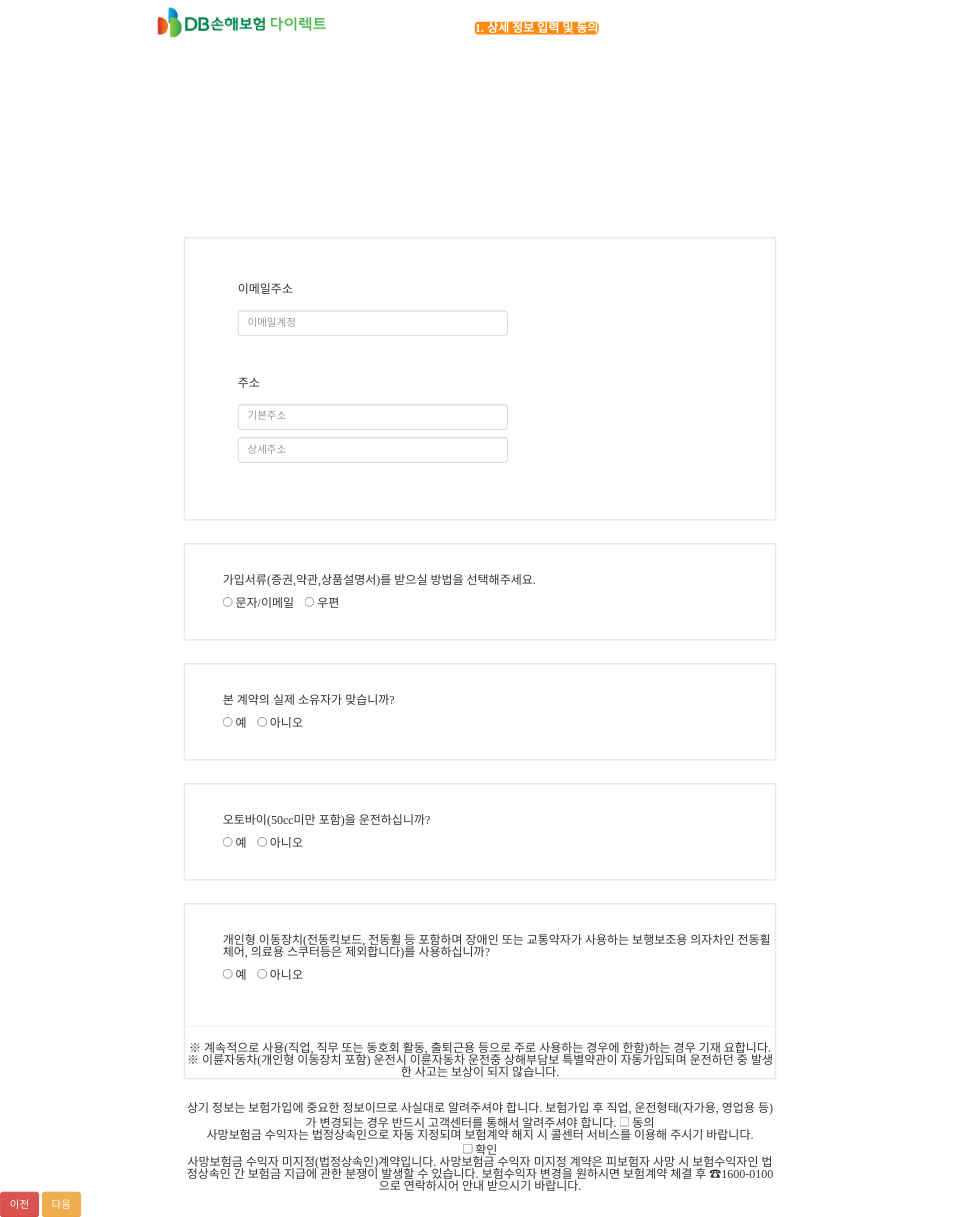
Repository: minho0324/directInsurance
Page: http://localhost/directClone/direct/details1
These files come from the project's save history. The page is drawn as it stood at one moment and after the next save; the edit follows.
The browser window is 1280 px wide. The pictures show the whole page, at 75% of full size.
The page is served by Tomcat 9.

Above is the page before, as saved 2021-11-18 06:08:54.

After the next save:
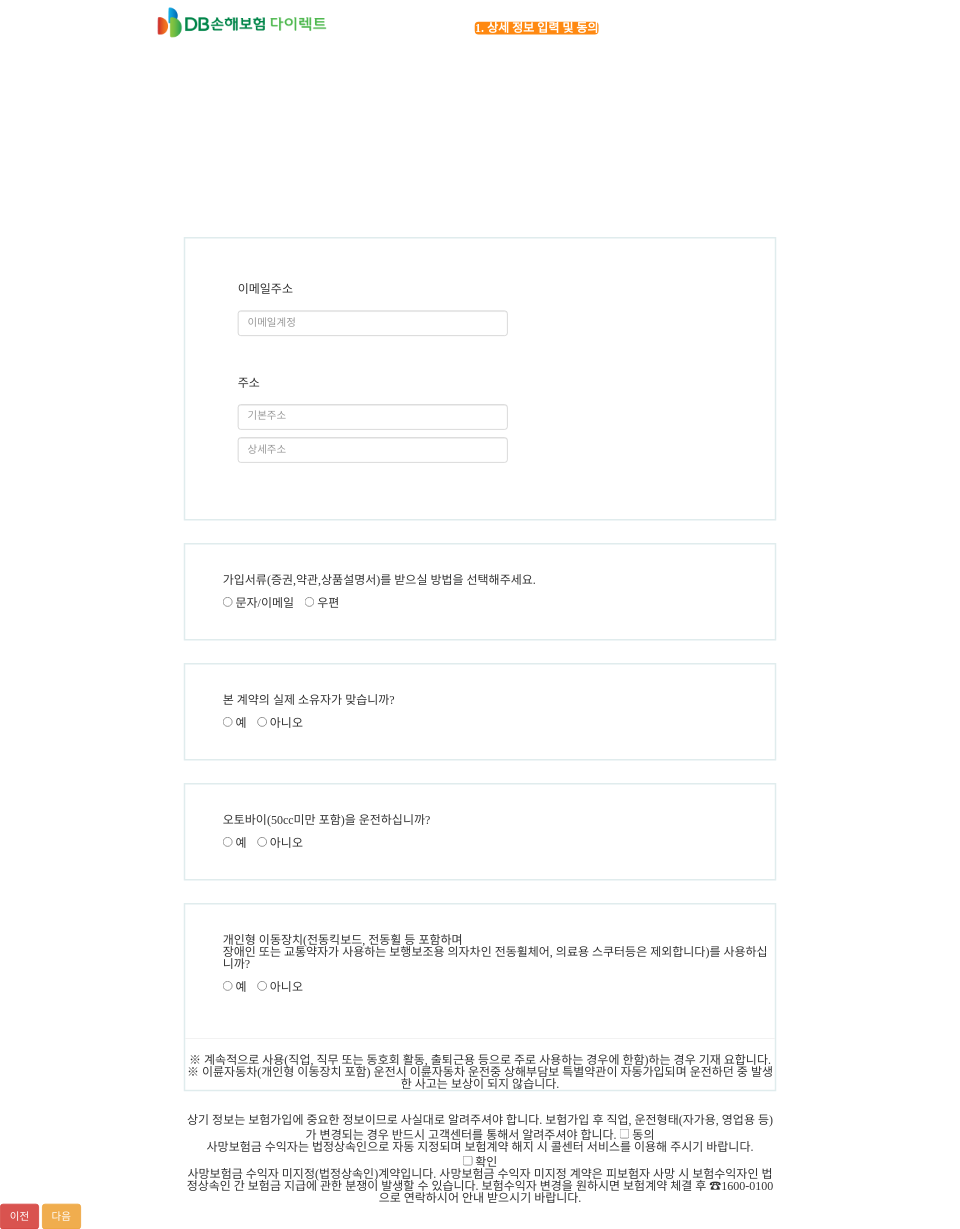
Saved 39 s later.
--- a/directClone/src/main/webapp/WEB-INF/views/details1.jsp
+++ b/directClone/src/main/webapp/WEB-INF/views/details1.jsp
@@ -277,7 +277,9 @@
 				</div>
 				<div class="pv">
 					<div class="pv_inner">
-							<h3>개인형 이동장치(전동킥보드, 전동휠 등 포함하며 장애인 또는 교통약자가 사용하는 보행보조용 의자차인 전동휠체어, 의료용 스쿠터등은 제외합니다)를 사용하십니까?</h3>
+							<h3>개인형 이동장치(전동킥보드, 전동휠 등 포함하며
+							<br>
+							장애인 또는 교통약자가 사용하는 보행보조용 의자차인 전동휠체어, 의료용 스쿠터등은 제외합니다)를 사용하십니까?</h3>
 							<label for="pv">
 								<input type="radio" name="pv" value="Y">
 								예
